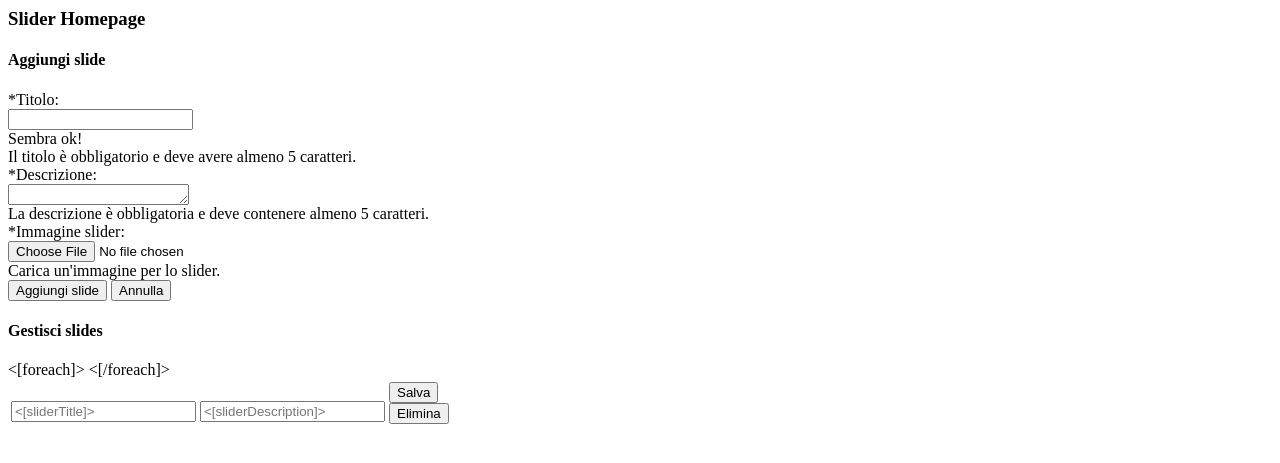
Repository: i4c0ni99/MotorShop
Page: skins/multikart_all_in_one/back-end/home-customizer.html
The author's editor kept a copy of each file at every save. The page is drawn from the files as they stood at one save, then again after the next save.
The browser window is 1280 px wide. The pictures show the whole page.

Above is the page before, as saved 2024-10-31 19:17:50.

After the next save:
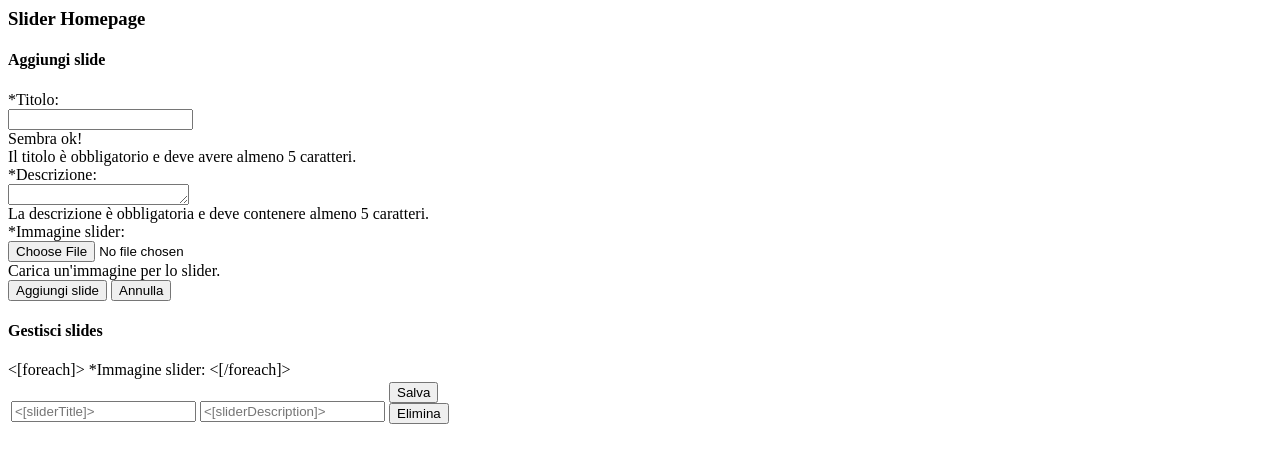
Saved 17 s later.
--- a/skins/multikart_all_in_one/back-end/home-customizer.html
+++ b/skins/multikart_all_in_one/back-end/home-customizer.html
@@ -91,6 +91,7 @@
                                 <[foreach]>
                                 <tr data-row-id="<[sliderId]>">
                                     <form method="post" action="/MotorShop/home-customizer.php">
+                                        <label for="productImage" class="col-xl-3 col-sm-4 mb-0"><span>*</span>Immagine slider:</label>
                                         <td><input type="text" name="title" placeholder="<[sliderTitle]>" pattern=".{5,}" minlength="2" required="true"></td>
                                         <td><input type="text" name="description" placeholder="<[sliderDescription]>" minlength="5" style="resize: vertical;" rows="2" required="true"></td>
                                     <td><input type="hidden" name="sliderId" value="<[sliderId]>">
